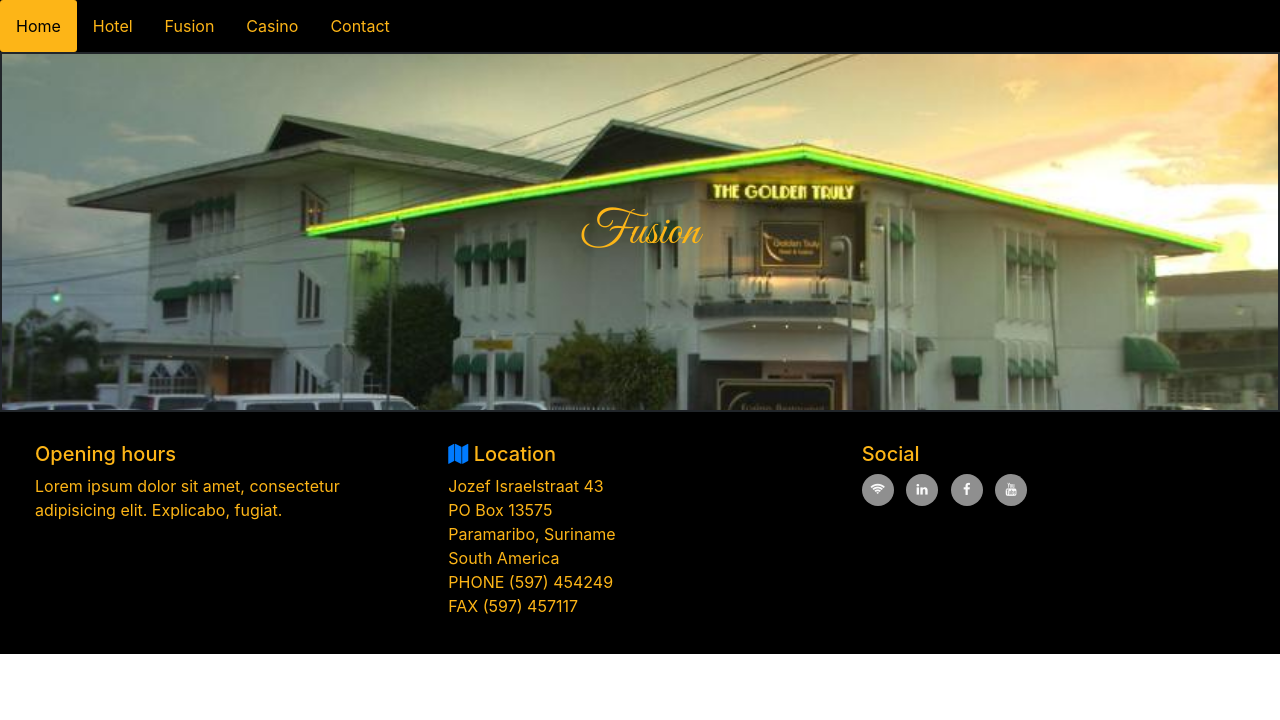
Repository: Code-Institute-Submissions/anthonycaf-Milestone1
Page: fusion.html
The author's editor kept a record of every edit. The page is drawn from the files as they stood at one moment, then again after the next edit.
The browser window is 1280 px wide. The pictures show the whole page.

Above is the page before.

### fusion.html
<!DOCTYPE html>
<html lang="en">

<head>
 <meta charset="UTF-8">
 <meta name="viewport" content="width=device-width, initial-scale=1.0">
 <meta http-equiv="X-UA-Compatible" content="ie=edge">
 <!--             links/bootstrap/fontawsome    -->
 <link rel="stylesheet" href="https://stackpath.bootstrapcdn.com/font-awesome/4.7.0/css/font-awesome.min.css" type="text/css" />
 <link rel="stylesheet" href="https://stackpath.bootstrapcdn.com/bootstrap/4.3.1/css/bootstrap.min.css" type="text/css" />
 <!--             main/css                      -->
 <link rel="stylesheet" href="./css/style.css" type="text/css" />
 <title>Golden Truly Hotel</title>
</head>

<body>
 <header>
  <ul Id="nav-bar">
   <li class="nav-bar-item"><a class="nav-link-item" href="index.html">Home</a></li>
   <li class="nav-bar-item"><a class="nav-link-item" href="hotel.html">Hotel</a></li>
   <li class="nav-bar-item"><a class="nav-link-item" href="fusion.html">Fusion</a></li>
   <li class="nav-bar-item"><a class="nav-link-item" href="casino.html">Casino</a></li>
   <li class="nav-bar-item"><a class="nav-link-item" href="contact.html">Contact</a></li>
  </ul>
  <div class="bg-image-title">
   <a href="index.html" class="img"></a>
   <h1 id="title">Fusion</h1>
  </div>
 </header>
 <main>

 </main>
 <footer class="container-fluid">
  <div id="footer-details" class="row">
   <div class="col-sm-4">
    <h5 class="uppercase general-sub">Opening hours</h5>
    <p class="inline-block">
     Lorem ipsum dolor sit amet, consectetur adipisicing elit. Explicabo, fugiat.
    </p>
   </div>
   <div class="col-sm-4">
    <h5 class="uppercase general-sub"> <a href="assets/cv/sample-cv.pdf" target="_blank" class="cv-pdf">
        <i class="fa fa-map marker alt" aria-hidden="true"></i>
        <span class="sr-only">Map link.</span>
       </a>Location</h5>
    <p class="inline-block">Jozef Israelstraat 43<br> PO Box 13575<br> Paramaribo, Suriname<br> South America<br> PHONE (597) 454249<br> FAX (597) 457117
    </p>

   </div>
   <div class="col-sm-4">
    <h5 class="uppercase general-sub">Social</h5>
    <ul class="list-inline social-links">
     <li class="list-inline-item">
      <a href="#" target="_blank">
          <i class="fa fa-wifi" aria-hidden="true"></i>
          <span class="sr-only">wifi</span>
         </a>
     </li>
     <li class="list-inline-item">
      <a href="#" target="_blank">
          <i class="fa fa-linkedin" aria-hidden="true"></i>
          <span class="sr-only">Linkedin</span>
         </a>
     </li>

     <li class="list-inline-item">
      <a href="#" target="_blank">
          <i class="fa fa-facebook" aria-hidden="true"></i>
          <span class="sr-only">facebook</span>
         </a>
     </li>

     <li class="list-inline-item">
      <a href="#" target="_blank">
          <i class="fa fa-youtube" aria-hidden="true"></i>
          <span class="sr-only">youtube</span>
         </a>
     </li>
    </ul>
   </div>
  </div>
 </footer>


</body>

</html>

### css/style.css
 /*------------google-fonts----------*/

 @import url('https://fonts.googleapis.com/css?family=Exo:100,200,300,400,500,600,700|Great+Vibes&display=swap:100,200,300,400,500,600,700');

 body {
  margin: 0;
 }

 /*------------- images --------------*/

 .master-img1 {
  background-image: url(../images/master1.jpg);
 }

 .master-img2 {
  background-image: url(../images/housekeeping.jpg);
 }

 .master-img3 {
  background-image: url(../images/design-lobby-ceiling.jpg);
 }

 .suite-img1 {
  background-image: url(../images/suit1.jpg);
 }

 .suite-img2 {
  background-image: url(../images/suite2.jpg);
 }

 .suite-img3 {
  background-image: url(../images/suite3.jpg);
 }

 .bg-image-title {
  background: url("../images/golden-truly-hotel.jpg");
 }

 /*------------main----------*/

 main {
  font-family: "Exo", sans-serif;
  font-size: 1.2em;
  width: 100%;
  background-color: #000000;
  color: #fdb517;
  margin: 0 auto;
  padding-top: 10px;

 }

 .bg-image-title {
  background-clip: border-box;
  background-position: center;
  background-repeat: no-repeat;
  background-size: cover;
  transition: all .5s ease-in-out;
  -moz-transition: all .5s ease-in-out;
  -webkit-transition: all .5s ease-in-out;
  height: 360px;
  border: 2px solid;
 }

 #title {
  color: #fdb517;
  font-family: "Great Vibes", sans-serif;
  font-size: 3em;
  text-align: center;
  padding-top: 150px;
 }

 #welcome {
  color: #fdb517;
  font-family: "Great Vibes", sans-serif;
  font-size: 2.5em;

 }

 .dl-list {
  max-width: 70%;
 }
/*------------ Section ------*/
 .section {
  padding-top: 10px;
  padding-bottom: 10px;
  margin: 0 auto;
  max-width: 70%;
 }
 .casino, .fusion {
  margin-bottom: 0;
 }


 /*-----------main nav-bar----------*/

 #nav-bar {
  width: 100vw;
  list-style-type: none;
  margin: 0;
  padding: 0;
  overflow: hidden;
  background-color: #000;
 }

 .nav-bar-item {
  float: left;
 }

 .nav-bar-item .nav-link-item {
  display: inline-block;
  color: #fdb517;
  text-align: center;
  padding: 8px 8px;
  text-decoration: none;
 }

 .nav-bar-item .nav-link-item:hover {
  background-color: #fdb517;
  color: #000000;
  border-radius: 3px;
  transition: all .8s ease-in-out;
 }

 .nav-bar-item {
  display: inline-block;
 }


 dd {
  color: #fafafa;
 }

 .room-services-item {
  margin-bottom: 0px;
  border-bottom-width: 20px;
  padding-bottom: 40px;
 }

 /*----------------iframe -----------*/

 iframe {
  width: 100%;
  height: 360px;
  border: none;
  margin: 0;
 }

 /*-----------main footer----------*/

 .container-fluid {
  background-color: #000000;
  color: #fdb517;

 }

 footer {
  background-color: #525252;
  color: #fafafa;
  min-height: 120px;
  margin: 0;
  padding: 0;
 }

 .social-links {
  padding-bottom: 15px;
 }

 .social-links li a i {
  width: 32px;
  height: 32px;
  padding: 12px 0;
  border-radius: 50%;
  font-size: 13px;
  line-height: 7px;
  text-align: center;
  color: #fafafa;
  background-color: #8f8f8f;
  transition: all 0.35s ease-in-out;
  -moz-transition: all 0.35s ease-in-out;
  -webkit-transition: all 0.35s ease-in-out;
  -o-transition: all 0.35s ease-in-out;
 }

 .social-links li a i:hover {
  background: #fdb517;
 }

 #footer-details {
  padding: 20px;
 }

 /*-----------hotel.html----------*/

 .bg-img-size {

  background-clip: border-box;
  background-position: center;
  background-repeat: no-repeat;
  background-size: cover;
  width: 33.3%;
  height: 150px;
 }


 /*----------- contact.html/form --------*/

 .contact-heading,
 .contact-thanks {
  font-family: "Great Vibes", sans-serif;
  font-weight: 300;
  margin-top: 25px;
  margin-bottom: 20px;

 }

 form {
  padding-top: 10px;
  margin: 0 auto;
  max-width: 70%;
 }

 button[type="submit"] {
  margin-top: 15px;
  margin-bottom: 20px;
  color: #fdb517;
  background-color: #000000;

 }

 /*-------------------------------------Media queries*/

 @media(min-width: 992px) {
  .center-form {
   padding-top: 30px;
   min-height: 240px;
   margin: 0 auto;
   max-width: 50%;
  }
  .section {
   padding-top: 30px;
   padding-bottom: 30px;
   margin: 0 auto;
   max-width: 70%;
  }
  .dl-list {
   max-width: 70%;
  }
  .nav-bar-item .nav-link-item {
   padding: 14px 16px;
  }
 }

After the next edit:
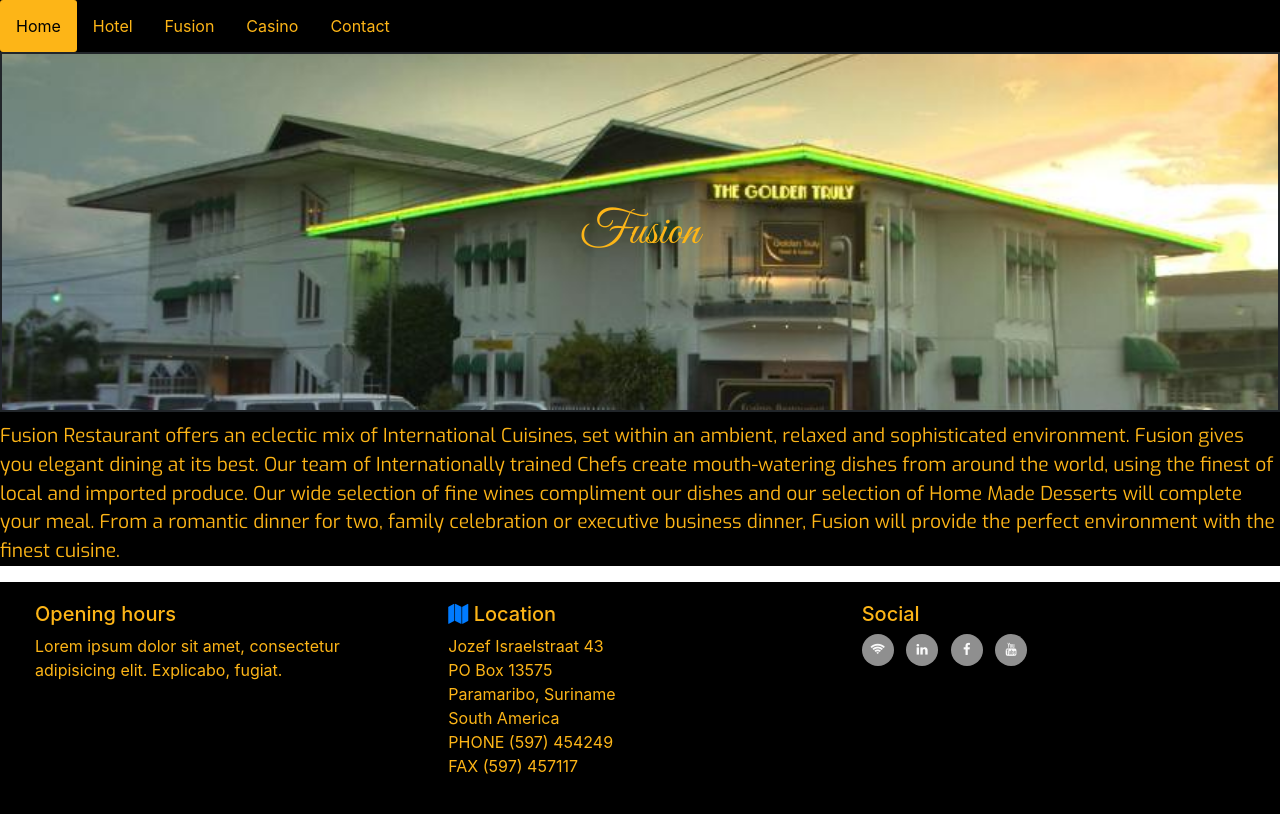
The edit:
--- a/fusion.html
+++ b/fusion.html
@@ -28,7 +28,14 @@
   </div>
  </header>
  <main>
-
+ <section class="fustion">
+     <p>Fusion Restaurant offers an eclectic mix of International Cuisines,
+     set within an ambient,
+     relaxed and  sophisticated environment.
+     Fusion gives you elegant dining at its best.
+     Our team of Internationally trained  Chefs create mouth-watering dishes from around the world, using the finest of local and imported produce. Our wide selection of fine wines compliment our dishes and our selection of Home Made Desserts will complete your meal. From a romantic dinner for two, family celebration or executive business dinner,
+     Fusion will provide the perfect environment with the finest cuisine.</p>
+ </section>
  </main>
  <footer class="container-fluid">
   <div id="footer-details" class="row">
